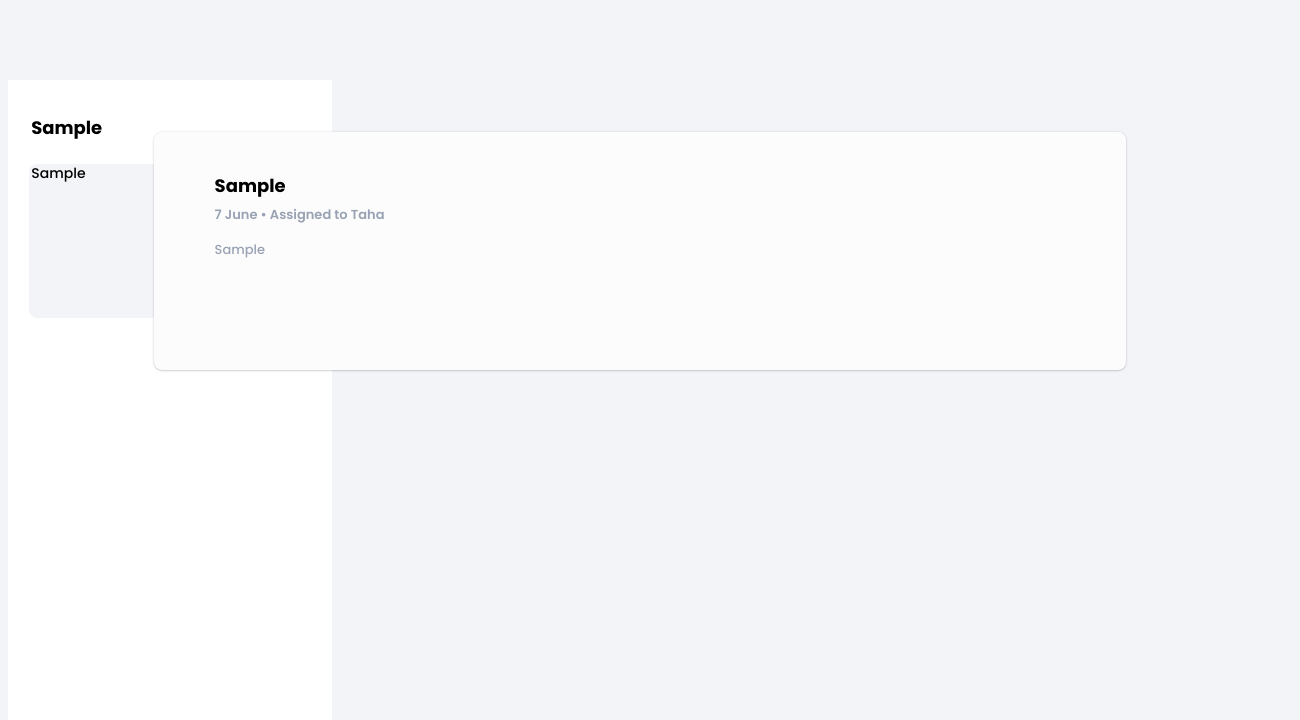
Repository: ReyhanehRahmani/TO-DO
Page: index.html
The author's editor kept a copy of each file at every save. The page is drawn from the files as they stood at one save, then again after the next save.
The browser window is 1280 px wide. The page is 1280 px wide, then 1300 px, so the pictures cover 1300 px, including what lies to the right of the window. The pictures show the whole page.
Empty fields were first filled with sample values (such as "Sample", 5 or name@example.com).
After loading, the first visible `#creatbut` was clicked once.
Some web fonts or font styles are not loaded; a fallback is used.

Above is the page before, as saved 2025-06-08 12:41:08.

After the next save:
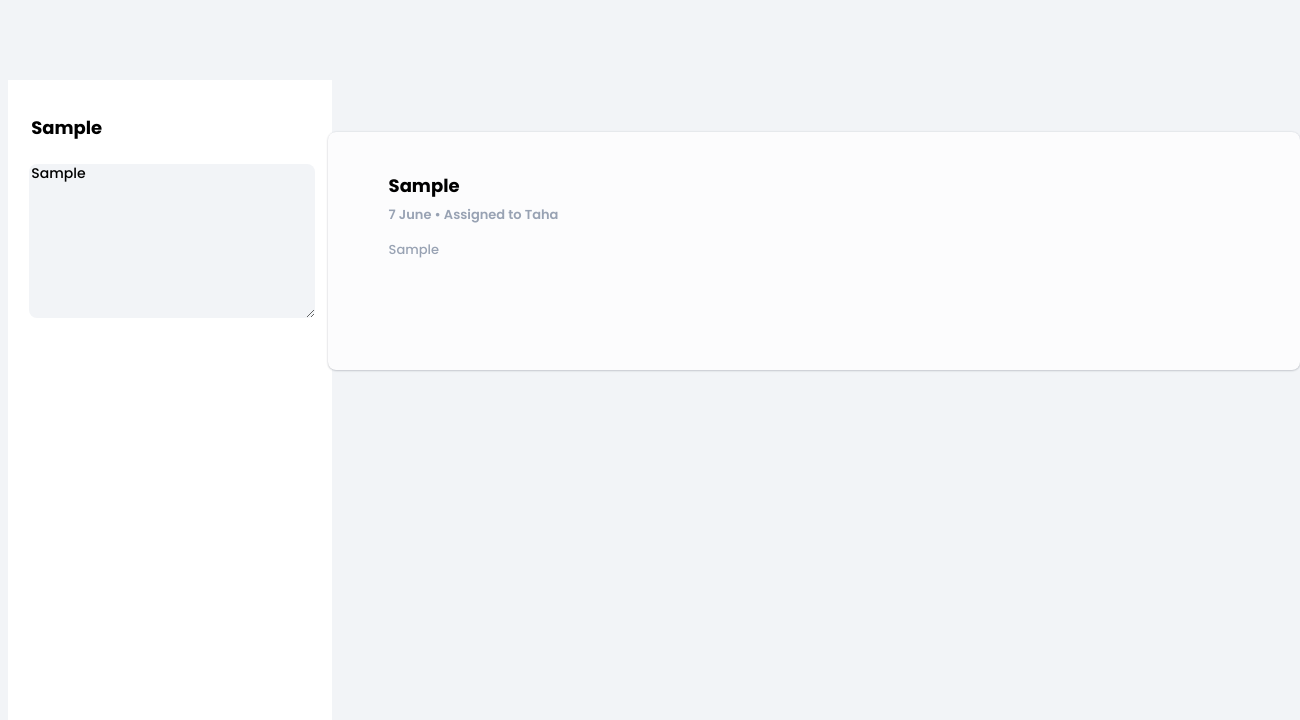
Saved 9 s later.
--- a/style.css
+++ b/style.css
@@ -273,7 +273,6 @@ body{
 }
 
 .cardsContainer{
-    margin-left: 270.524204703%;
 
 }
 
@@ -287,6 +286,7 @@ body{
     justify-self: center;
     position: relative;
     margin-bottom: 24px;
+    margin-left: 27.524204703%;
 
 }
 
